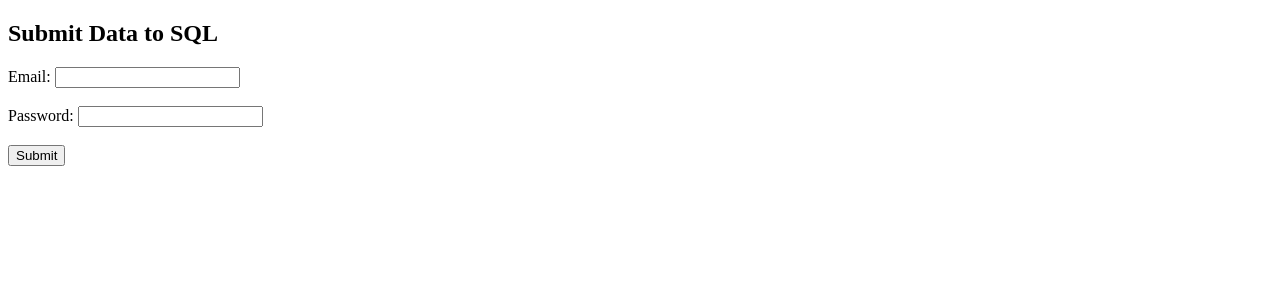
Repository: aayaaaaaaa/JciTriningg
Page: http://localhost/
These files come from the project's save history. The page is drawn as it stood at one moment and after the next save; the edit follows.
The browser window is 1280 px wide. The pictures show the whole page.
The page is run by PHP 8.4 with error messages shown; the project is at /var/www/html/.

Above is the page before, as saved 2023-08-16 20:00:22.

### index.php
<!DOCTYPE html>
<html>
<head>
    <title>Submit Data to SQL</title>
</head>
<body>
    <h2>Submit Data to SQL</h2>
    <form action="submit.php" method="post">
        <label for="email">Email:</label>
        <input type="email" id="email" name="email" required><br><br>

        <label for="password">Password:</label>
        <input type="password" id="password" name="password" required><br><br>

        <input type="submit" value="Submit">
    </form>
</body>
</html>

After the next save:
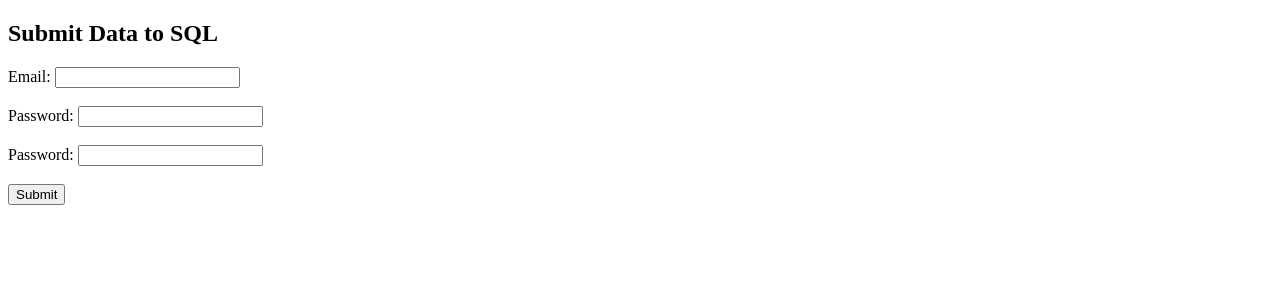
Saved 24 s later.
--- a/index.php
+++ b/index.php
@@ -11,7 +11,8 @@
 
         <label for="password">Password:</label>
         <input type="password" id="password" name="password" required><br><br>
-
+         <label for="password">Password:</label>
+        <input type="password" id="password" name="password" required><br><br>
         <input type="submit" value="Submit">
     </form>
 </body>
